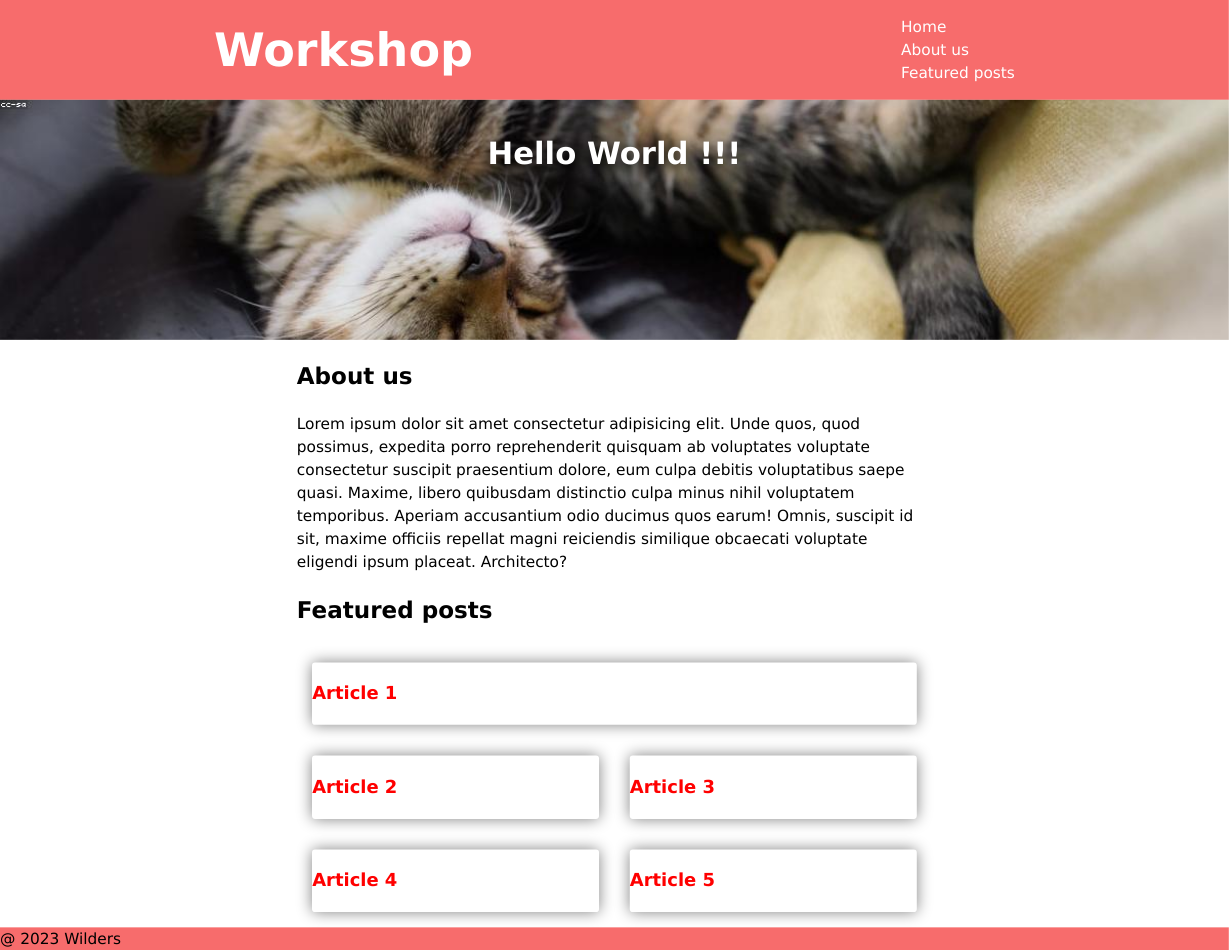
Repository: PPaillard/cssresponsive
Page: index.html
An editor plug-in stored every save of this project. The page is shown before and after the next save, followed by the edit.
The browser window is 1280 px wide. The pictures show the whole page, at 96% of full size.

Above is the page before, as saved 2023-03-03 15:04:11.

### index.html
<!DOCTYPE html>
<html lang="en">
  <head>
    <meta charset="UTF-8" />
    <meta http-equiv="X-UA-Compatible" content="IE=edge" />
    <meta name="viewport" content="width=device-width, initial-scale=1.0" />
    <title>Document</title>
    <link rel="stylesheet" href="style.css" />
  </head>
  <body>
    <nav>
      <h2>Workshop</h2>
      <ul>
        <li><a href="#home">Home</a></li>
        <li><a href="#aboutus">About us</a></li>
        <li><a href="#featuredposts">Featured posts</a></li>
      </ul>
    </nav>
    <header>
      <h1>Hello World !!!</h1>
    </header>
    <main>
      <section>
        <h2>About us</h2>
        <p>
          Lorem ipsum dolor sit amet consectetur adipisicing elit. Unde quos,
          quod possimus, expedita porro reprehenderit quisquam ab voluptates
          voluptate consectetur suscipit praesentium dolore, eum culpa debitis
          voluptatibus saepe quasi. Maxime, libero quibusdam distinctio culpa
          minus nihil voluptatem temporibus. Aperiam accusantium odio ducimus
          quos earum! Omnis, suscipit id sit, maxime officiis repellat magni
          reiciendis similique obcaecati voluptate eligendi ipsum placeat.
          Architecto?
        </p>
      </section>
      <section id="featured-posts">
        <h2>Featured posts</h2>
        <div>
          <article><h1>Article 1</h1></article>
          <article><h1>Article 2</h1></article>
          <article><h1>Article 3</h1></article>
          <article><h1>Article 4</h1></article>
          <article><h1>Article 5</h1></article>
        </div>
      </section>
    </main>
    <footer>@ 2023 Wilders</footer>
  </body>
</html>

### style.css
* {
  box-sizing: border-box;
}

body {
  margin: 0;
  line-height: 1.5;
  font-family: Verdana, Geneva, Tahoma, sans-serif;
}

/* Navigation */
nav {
  display: flex;
  justify-content: space-around;
  align-items: center;
  background-color: #f76c6c;
  color: #ffffff;
}

nav > h2 {
  margin: 0;
  font-size: clamp(2rem, 7vw, 3rem);
}

nav ul {
  margin: 0;
  padding: 1rem 0;
}

nav ul li {
  list-style: none;
}

nav ul li a {
  color: white;
  text-decoration: none;
}
/* fin de navigation */
/* header */

header {
  min-height: 250px;
  text-align: center;
  background-image: url("65535_52214085447_ec2bf04bd7_h_1200_300_nofilter.jpg");
  background-repeat: no-repeat;
  background-size: cover;
}
header h1 {
  color: white;
  margin: 0;
  padding-top: 2rem;
  filter: drop-shadow(0px 3px 8px #000);
}

section {
  margin: 0 auto;
  max-width: 65ch;
}

section article {
  display: inline-block;
  color: red;
  margin: 1rem;
  border-radius: 0.2rem;
  box-shadow: 0 0 1rem grey;
}

#featured-posts > div {
  display: grid;
  grid-template-columns: 1fr 1fr;
}

#featured-posts > div > article:first-of-type {
  grid-column: 1/3;
}

footer {
  background-color: #f76c6c;
}

After the next save:
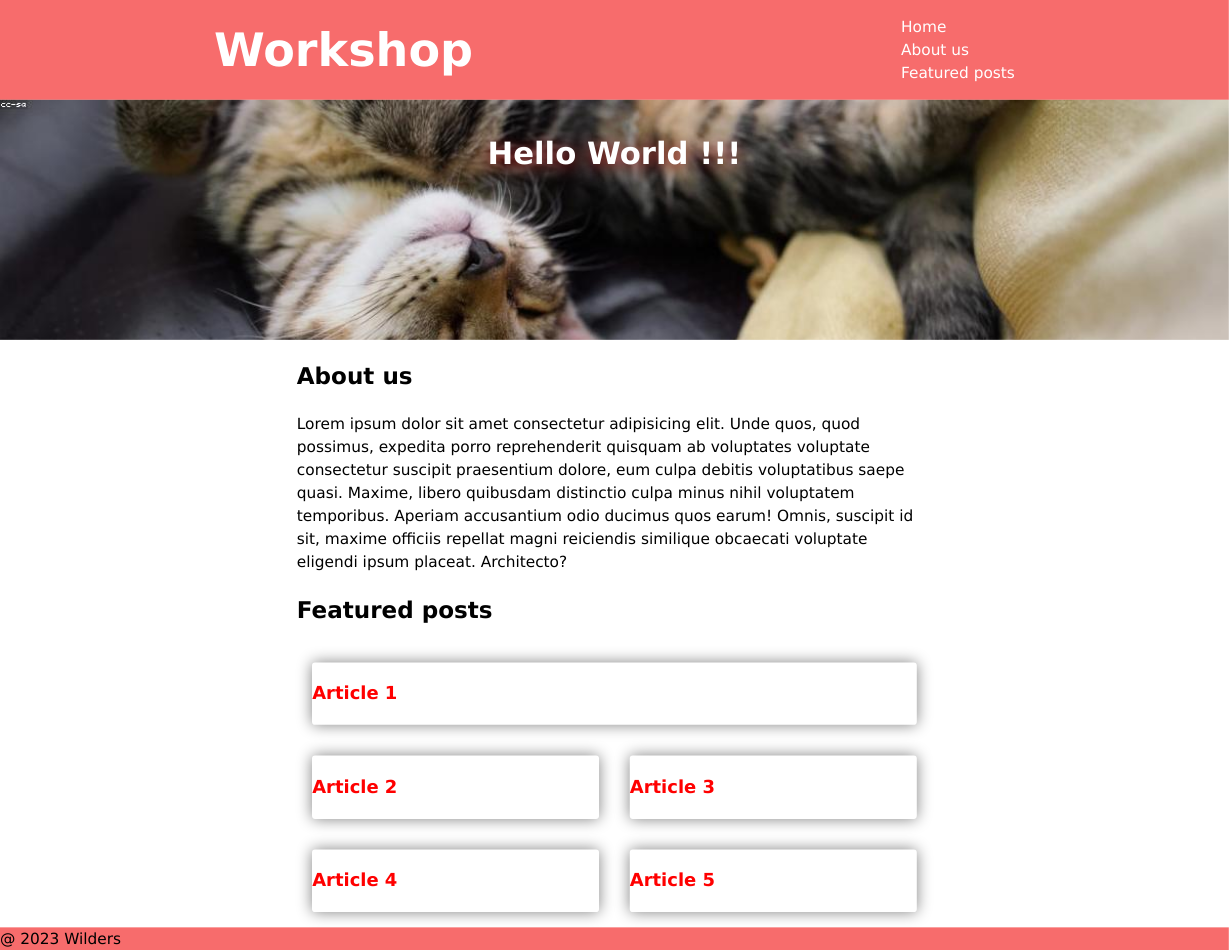
Saved 19 s later.
--- a/style.css
+++ b/style.css
@@ -49,7 +49,7 @@ header h1 {
   color: white;
   margin: 0;
   padding-top: 2rem;
-  filter: drop-shadow(0px 3px 8px #000);
+  filter: drop-shadow(0px 3px 8px #9b2626);
 }
 
 section {
